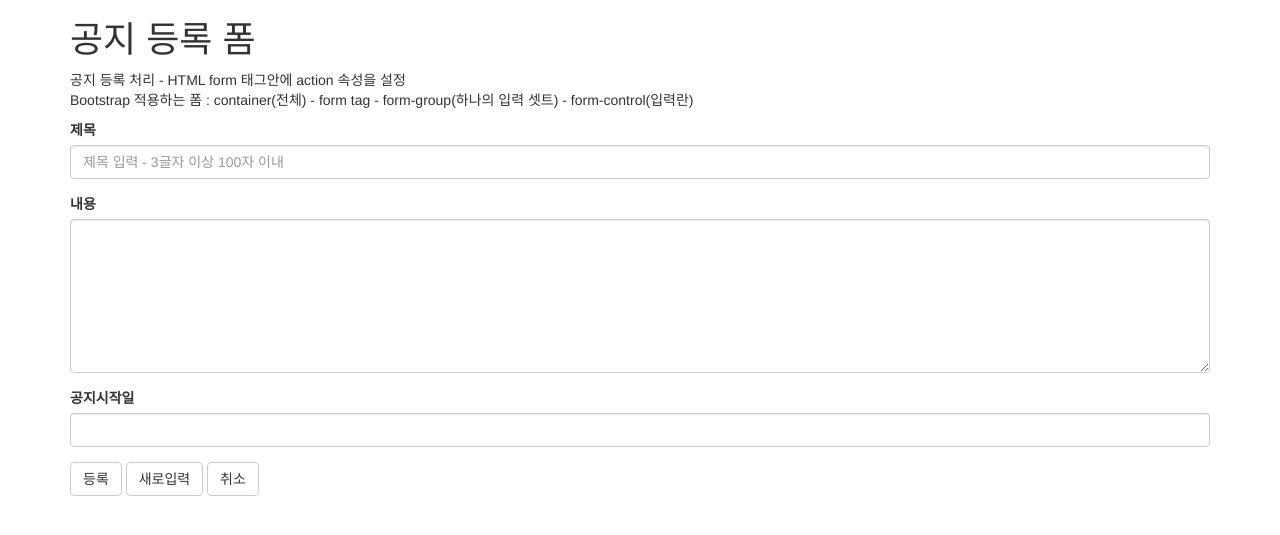
Repository: seokku/java2
Page: http://localhost/jspProject/notice/writeForm.jsp
These files come from the project's save history. The page is drawn as it stood at one moment and after the next save; the edit follows.
The browser window is 1280 px wide. The pictures show the whole page.
The page is served by Tomcat 9. Other server files are loaded and not shown.

Above is the page before, as saved 2021-02-15 03:04:31.

### workspace/web/jspProject/WebContent/notice/writeForm.jsp
<%@ page language="java" contentType="text/html; charset=UTF-8"
    pageEncoding="UTF-8"%>
<!DOCTYPE html>
<html>
<head>
<meta charset="UTF-8">
<title>공지 등록 폼</title>

  <!-- Bootstrap 라이브러리 등록 - CDN방식 -->
  <meta name="viewport" content="width=device-width, initial-scale=1">
  <link rel="stylesheet" href="https://maxcdn.bootstrapcdn.com/bootstrap/3.4.1/css/bootstrap.min.css">
  <script src="https://ajax.googleapis.com/ajax/libs/jquery/3.5.1/jquery.min.js"></script>
  <script src="https://maxcdn.bootstrapcdn.com/bootstrap/3.4.1/js/bootstrap.min.js"></script>


</head>
<body>
<div class="container">

	<h1>공지 등록 폼</h1>
	<p>
		공지 등록 처리 - HTML form 태그안에 action 속성을 설정<br/>
		Bootstrap 적용하는 폼 : container(전체) - form tag - form-group(하나의 입력 셋트) - form-control(입력란)
	</p>
	<form action="write.jsp" method="post">
		<div class="form-group">
			<!-- 제목 -->
			<label for="title">제목</label>
			<!-- input tag의 기본 type을 text입니다. 그래서 생략 가능하다. -->
			<input name="title" class="form-control" id="title" required="required"
			 placeholder="제목 입력 - 3글자 이상 100자 이내">
		</div>

		<div class="form-group">
			<!-- 내용 -->
			<label for="content">내용</label>
			<textarea rows="7" name="content" class="form-control" id="content"
			 required="required"></textarea>
		</div>

		<div class="form-group">
			<!-- 작성자 -->
			<label for="startDate" >공지시작일</label>
			<!-- input tag의 기본 type을 text입니다. 그래서 생략 가능하다.
			     type을 날짜입력 date로 지정한다. 그런데 HTML 5의 타입이 지원이 되지 않으면 text로 진행이된다. -->
			<input name="startDate" class="form-control" id="startDate" required="required">
		</div>

		<!-- 데이터를 전송하는 type="submit" 버튼 - 버튼의 기본이므로 생략 가능한다. -->
		<button class="btn btn-default">등록</button>
		<!-- 데이터를 새로 입력하는 type = "reset" 버튼 -->
		<button type="reset" class="btn btn-default">새로입력</button>
		<!-- 취소하려면 버튼모양으로 사용(type="button")하고 취소의 동작을 JS로 작성한다.
			history.back() : 이전 페이지로 이동 -->
		<button type="button" onclick="history.back()" class="btn btn-default">취소</button>
	</form>

</div>
</body>
</html>

After the next save:
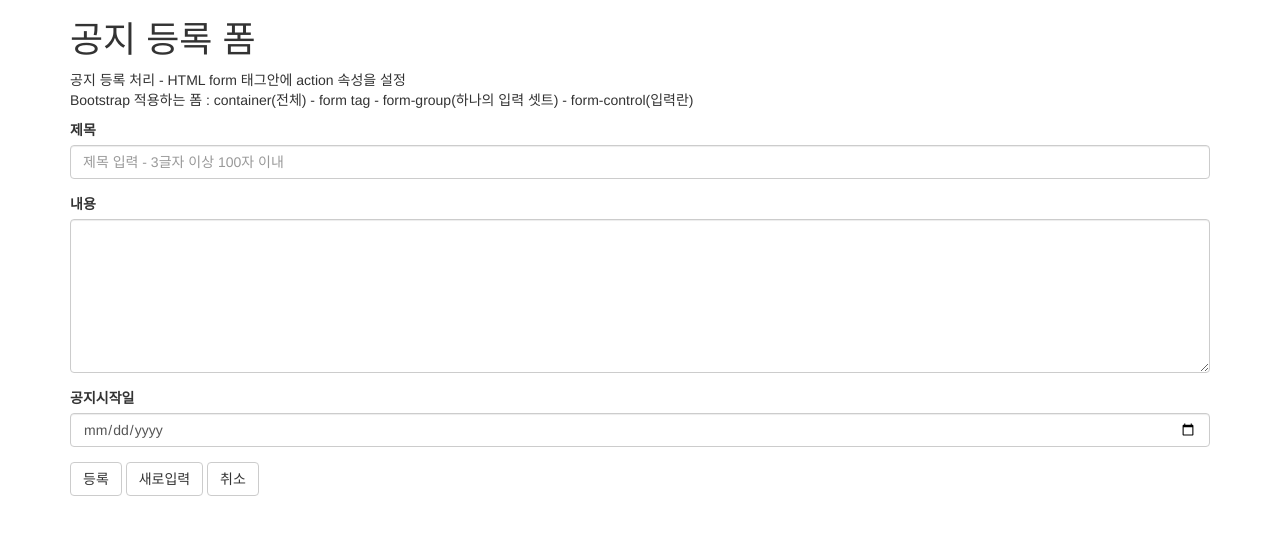
Saved 44 s later.
--- a/workspace/web/jspProject/WebContent/notice/writeForm.jsp
+++ b/workspace/web/jspProject/WebContent/notice/writeForm.jsp
@@ -43,7 +43,7 @@
 			<label for="startDate" >공지시작일</label>
 			<!-- input tag의 기본 type을 text입니다. 그래서 생략 가능하다.
 			     type을 날짜입력 date로 지정한다. 그런데 HTML 5의 타입이 지원이 되지 않으면 text로 진행이된다. -->
-			<input name="startDate" class="form-control" id="startDate" required="required">
+			<input name="startDate" class="form-control" id="startDate" required="required" type="date">
 		</div>
 
 		<!-- 데이터를 전송하는 type="submit" 버튼 - 버튼의 기본이므로 생략 가능한다. -->
